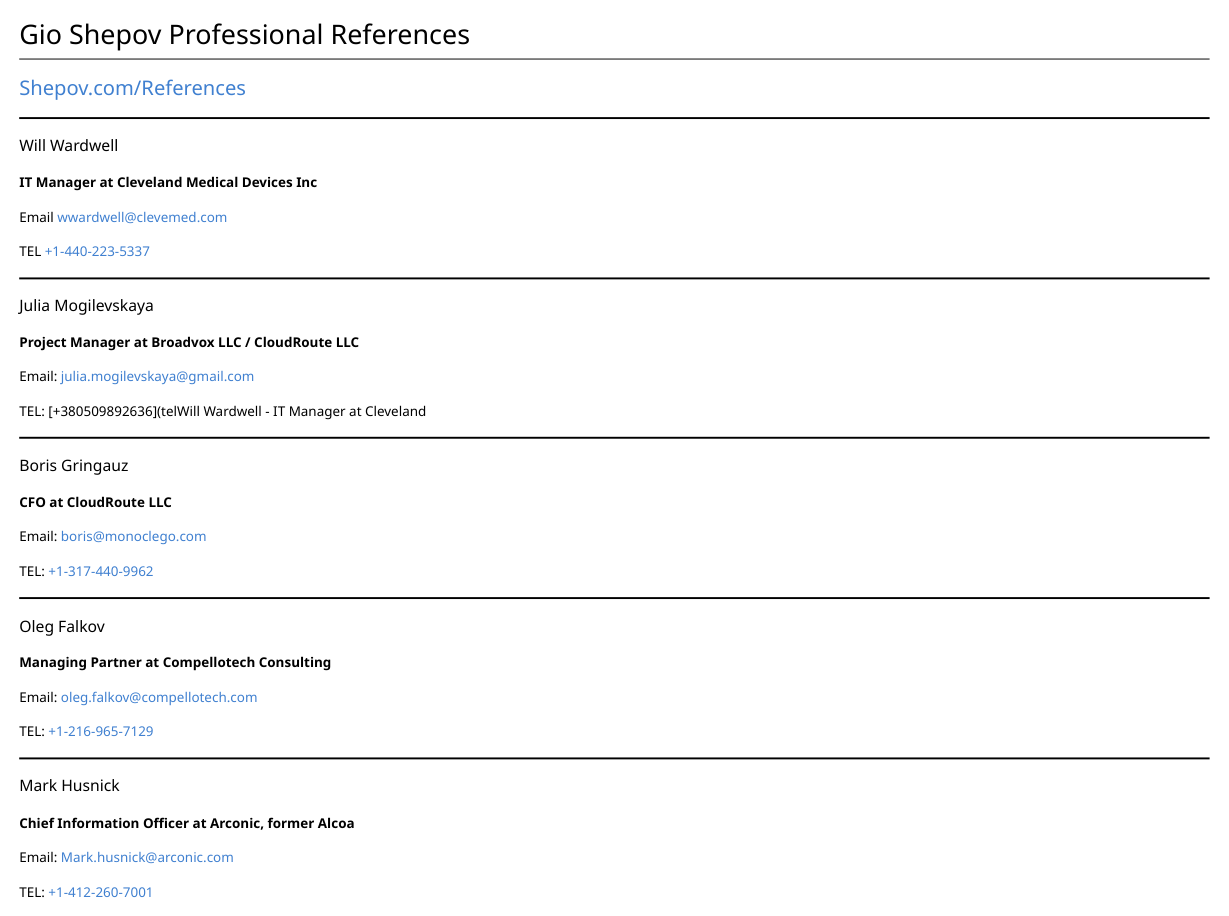
Repository: george-shepov/Shepov.com
Page: References/index.html
An editor plug-in stored every save of this project. The page is shown before and after the next save, followed by the edit.
The browser window is 1280 px wide. The pictures show the whole page, at 96% of full size.

Above is the page before, as saved 2018-06-24 01:16:52.

### References/index.html
<!DOCTYPE html>
<html>
<head>
<title>index.md</title>
<meta http-equiv="Content-type" content="text/html;charset=UTF-8">

<style>
/*---------------------------------------------------------------------------------------------
 *  Copyright (c) Microsoft Corporation. All rights reserved.
 *  Licensed under the MIT License. See License.txt in the project root for license information.
 *--------------------------------------------------------------------------------------------*/

body {
	font-family: "Segoe WPC", "Segoe UI", "SFUIText-Light", "HelveticaNeue-Light", sans-serif, "Droid Sans Fallback";
	font-size: 14px;
	padding: 0 12px;
	line-height: 22px;
	word-wrap: break-word;
}

#code-csp-warning {
	position: fixed;
	top: 0;
	right: 0;
	color: white;
	margin: 16px;
	text-align: center;
	font-size: 12px;
	font-family: sans-serif;
	background-color:#444444;
	cursor: pointer;
	padding: 6px;
	box-shadow: 1px 1px 1px rgba(0,0,0,.25);
}

#code-csp-warning:hover {
	text-decoration: none;
	background-color:#007acc;
	box-shadow: 2px 2px 2px rgba(0,0,0,.25);
}


body.scrollBeyondLastLine {
	margin-bottom: calc(100vh - 22px);
}

body.showEditorSelection .code-line {
	position: relative;
}

body.showEditorSelection .code-active-line:before,
body.showEditorSelection .code-line:hover:before {
	content: "";
	display: block;
	position: absolute;
	top: 0;
	left: -12px;
	height: 100%;
}

body.showEditorSelection li.code-active-line:before,
body.showEditorSelection li.code-line:hover:before {
	left: -30px;
}

.vscode-light.showEditorSelection .code-active-line:before {
	border-left: 3px solid rgba(0, 0, 0, 0.15);
}

.vscode-light.showEditorSelection .code-line:hover:before {
	border-left: 3px solid rgba(0, 0, 0, 0.40);
}

.vscode-dark.showEditorSelection .code-active-line:before {
	border-left: 3px solid rgba(255, 255, 255, 0.4);
}

.vscode-dark.showEditorSelection .code-line:hover:before {
	border-left: 3px solid rgba(255, 255, 255, 0.60);
}

.vscode-high-contrast.showEditorSelection .code-active-line:before {
	border-left: 3px solid rgba(255, 160, 0, 0.7);
}

.vscode-high-contrast.showEditorSelection .code-line:hover:before {
	border-left: 3px solid rgba(255, 160, 0, 1);
}

img {
	max-width: 100%;
	max-height: 100%;
}

a {
	color: #4080D0;
	text-decoration: none;
}

a:focus,
input:focus,
select:focus,
textarea:focus {
	outline: 1px solid -webkit-focus-ring-color;
	outline-offset: -1px;
}

hr {
	border: 0;
	height: 2px;
	border-bottom: 2px solid;
}

h1 {
	padding-bottom: 0.3em;
	line-height: 1.2;
	border-bottom-width: 1px;
	border-bottom-style: solid;
}

h1, h2, h3 {
	font-weight: normal;
}

h1 code,
h2 code,
h3 code,
h4 code,
h5 code,
h6 code {
	font-size: inherit;
	line-height: auto;
}

a:hover {
	color: #4080D0;
	text-decoration: underline;
}

table {
	border-collapse: collapse;
}

table > thead > tr > th {
	text-align: left;
	border-bottom: 1px solid;
}

table > thead > tr > th,
table > thead > tr > td,
table > tbody > tr > th,
table > tbody > tr > td {
	padding: 5px 10px;
}

table > tbody > tr + tr > td {
	border-top: 1px solid;
}

blockquote {
	margin: 0 7px 0 5px;
	padding: 0 16px 0 10px;
	border-left: 5px solid;
}

code {
	font-family: Menlo, Monaco, Consolas, "Droid Sans Mono", "Courier New", monospace, "Droid Sans Fallback";
	font-size: 14px;
	line-height: 19px;
}

body.wordWrap pre {
	white-space: pre-wrap;
}

.mac code {
	font-size: 12px;
	line-height: 18px;
}

pre:not(.hljs),
pre.hljs code > div {
	padding: 16px;
	border-radius: 3px;
	overflow: auto;
}

/** Theming */

.vscode-light,
.vscode-light pre code {
	color: rgb(30, 30, 30);
}

.vscode-dark,
.vscode-dark pre code {
	color: #DDD;
}

.vscode-high-contrast,
.vscode-high-contrast pre code {
	color: white;
}

.vscode-light code {
	color: #A31515;
}

.vscode-dark code {
	color: #D7BA7D;
}

.vscode-light pre:not(.hljs),
.vscode-light code > div {
	background-color: rgba(220, 220, 220, 0.4);
}

.vscode-dark pre:not(.hljs),
.vscode-dark code > div {
	background-color: rgba(10, 10, 10, 0.4);
}

.vscode-high-contrast pre:not(.hljs),
.vscode-high-contrast code > div {
	background-color: rgb(0, 0, 0);
}

.vscode-high-contrast h1 {
	border-color: rgb(0, 0, 0);
}

.vscode-light table > thead > tr > th {
	border-color: rgba(0, 0, 0, 0.69);
}

.vscode-dark table > thead > tr > th {
	border-color: rgba(255, 255, 255, 0.69);
}

.vscode-light h1,
.vscode-light hr,
.vscode-light table > tbody > tr + tr > td {
	border-color: rgba(0, 0, 0, 0.18);
}

.vscode-dark h1,
.vscode-dark hr,
.vscode-dark table > tbody > tr + tr > td {
	border-color: rgba(255, 255, 255, 0.18);
}

.vscode-light blockquote,
.vscode-dark blockquote {
	background: rgba(127, 127, 127, 0.1);
	border-color: rgba(0, 122, 204, 0.5);
}

.vscode-high-contrast blockquote {
	background: transparent;
	border-color: #fff;
}
</style>

<style>
/* Tomorrow Theme */
/* http://jmblog.github.com/color-themes-for-google-code-highlightjs */
/* Original theme - https://github.com/chriskempson/tomorrow-theme */

/* Tomorrow Comment */
.hljs-comment,
.hljs-quote {
	color: #8e908c;
}

/* Tomorrow Red */
.hljs-variable,
.hljs-template-variable,
.hljs-tag,
.hljs-name,
.hljs-selector-id,
.hljs-selector-class,
.hljs-regexp,
.hljs-deletion {
	color: #c82829;
}

/* Tomorrow Orange */
.hljs-number,
.hljs-built_in,
.hljs-builtin-name,
.hljs-literal,
.hljs-type,
.hljs-params,
.hljs-meta,
.hljs-link {
	color: #f5871f;
}

/* Tomorrow Yellow */
.hljs-attribute {
	color: #eab700;
}

/* Tomorrow Green */
.hljs-string,
.hljs-symbol,
.hljs-bullet,
.hljs-addition {
	color: #718c00;
}

/* Tomorrow Blue */
.hljs-title,
.hljs-section {
	color: #4271ae;
}

/* Tomorrow Purple */
.hljs-keyword,
.hljs-selector-tag {
	color: #8959a8;
}

.hljs {
	display: block;
	overflow-x: auto;
	color: #4d4d4c;
	padding: 0.5em;
}

.hljs-emphasis {
	font-style: italic;
}

.hljs-strong {
	font-weight: bold;
}
</style>

<style>
/*
 * Markdown PDF CSS
 */

 body {
	font-family:  "Meiryo", "Segoe WPC", "Segoe UI", "SFUIText-Light", "HelveticaNeue-Light", sans-serif, "Droid Sans Fallback";
}

pre {
	background-color: #f8f8f8;
	border: 1px solid #cccccc;
	border-radius: 3px;
	overflow-x: auto;
	white-space: pre-wrap;
	overflow-wrap: break-word;
}

pre:not(.hljs) {
	padding: 23px;
	line-height: 19px;
}

blockquote {
	background: rgba(127, 127, 127, 0.1);
	border-color: rgba(0, 122, 204, 0.5);
}

.emoji {
	height: 1.4em;
}

/* for inline code */
:not(pre):not(.hljs) > code {
	color: #C9AE75; /* Change the old color so it seems less like an error */
	font-size: inherit;
}

/* Page Break : use <div class="page"/> to insert page break
-------------------------------------------------------- */
.page {
	page-break-after: always;
}

</style>

</head>
<body>
<h1 id="gio-shepov-professional-references">Gio Shepov Professional References</h1>
<h2 id="shepovcomreferences"><a href="http://shepov.com/References">Shepov.com/References</a></h2>
<hr>
<h3 id="will-wardwell">Will Wardwell</h3>
<p><strong>IT Manager at Cleveland Medical Devices Inc</strong></p>
<p>Email              <a href="mailto:wwardwell@clevemed.com">wwardwell@clevemed.com</a></p>
<p>TEL                <a href="tel:+1-440-223-5337">+1-440-223-5337</a></p>
<hr>
<h3 id="julia-mogilevskaya">Julia Mogilevskaya</h3>
<p><strong>Project Manager at  Broadvox LLC / CloudRoute LLC</strong></p>
<p>Email:              <a href="mailto:julia.mogilevskaya@gmail.com">julia.mogilevskaya@gmail.com</a></p>
<p>TEL:                [+380509892636](telWill Wardwell       - IT Manager at Cleveland</p>
<hr>
<h3 id="boris-gringauz">Boris Gringauz</h3>
<p><strong>CFO at CloudRoute LLC</strong></p>
<p>Email:              <a href="mailto:boris@monoclego.com">boris@monoclego.com</a></p>
<p>TEL:                <a href="tel:+1-317-440-9962">+1-317-440-9962</a></p>
<hr>
<h3 id="oleg-falkov">Oleg Falkov</h3>
<p><strong>Managing Partner at Compellotech Consulting</strong></p>
<p>Email:              <a href="mailto:oleg.falkov@compellotech.com">oleg.falkov@compellotech.com</a></p>
<p>TEL:                <a href="tel:+1-216-965-7129">+1-216-965-7129</a></p>
<hr>
<h3 id="mark-husnick">Mark  Husnick</h3>
<p><strong>Chief Information Officer at Arconic, former Alcoa</strong></p>
<p>Email:              <a href="mailto:Mark.husnick@arconic.com">Mark.husnick@arconic.com</a></p>
<p>TEL:                <a href="tel:+1-412-260-7001">+1-412-260-7001</a></p>

</body>
</html>

After the next save:
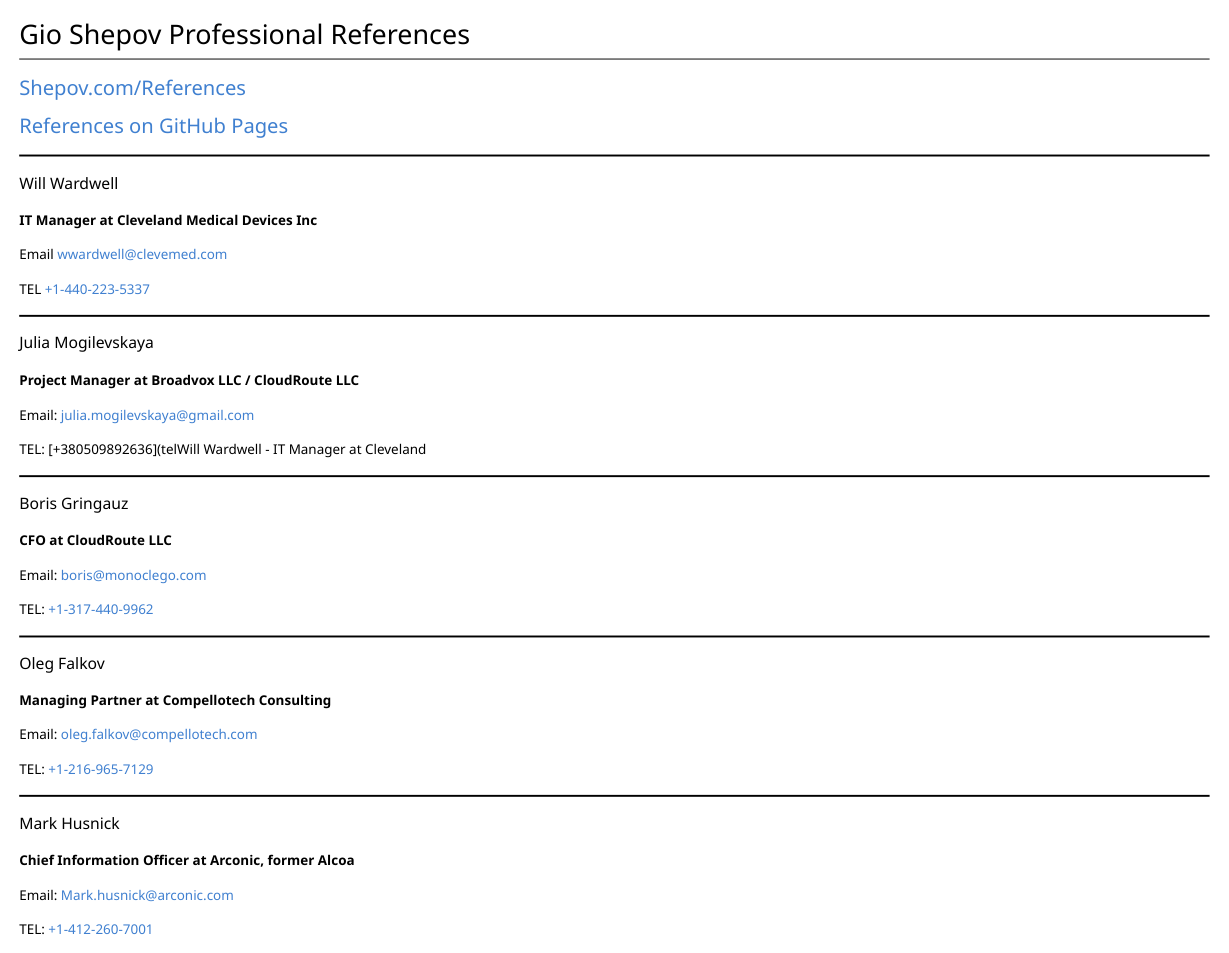
Saved 44 min 5 s later.
--- a/References/index.html
+++ b/References/index.html
@@ -387,6 +387,9 @@ blockquote {
 <body>
 <h1 id="gio-shepov-professional-references">Gio Shepov Professional References</h1>
 <h2 id="shepovcomreferences"><a href="http://shepov.com/References">Shepov.com/References</a></h2>
+<h2 id="shepovcomreferences"><a href="https://giorgiy-shepov.github.io/References/">References on GitHub Pages</a></h2>
+
+
 <hr>
 <h3 id="will-wardwell">Will Wardwell</h3>
 <p><strong>IT Manager at Cleveland Medical Devices Inc</strong></p>
